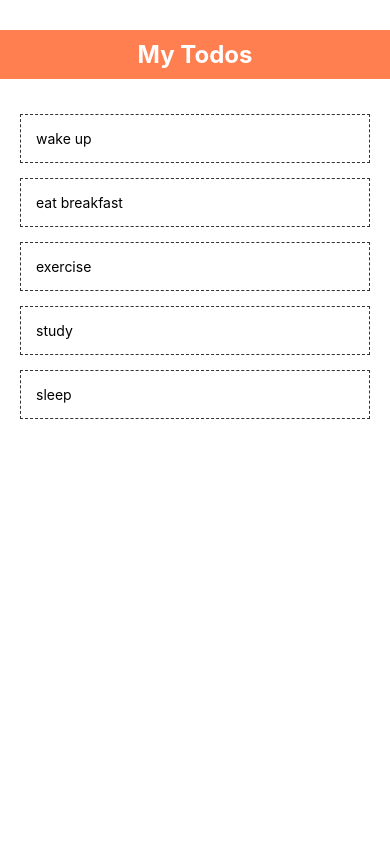
Repository: shiv0403/React-native-tutorial
Screen: /
An editor plug-in stored every save of this project. The screen is shown before and after the next save, followed by the edit.
The app was drawn by React Native's web renderer in a window 390 px wide. The project was rebuilt for these pictures with package versions that can differ from the ones it lists, and the page was loaded fresh each time.

Above is the screen before, as saved 2021-02-11 09:31:28.

### App.js
import React, { useState } from "react";
import {
  FlatList,
  StyleSheet,
  Text,
  TouchableOpacity,
  View,
} from "react-native";
import Header from "./components/Header";
import TodoItem from "./components/TodoItem";

export default function App() {
  const [todo, setTodo] = useState([
    { text: "wake up", key: "1" },
    { text: "eat breakfast", key: "2" },
    { text: "exercise", key: "3" },
    { text: "study", key: "4" },
    { text: "sleep", key: "5" },
  ]);

  return (
    <View style={styles.container}>
      <Header />
      <View style={styles.content}>
        {/* to form */}
        <View style={styles.list}>
          <FlatList
            data={todo}
            keyExtractor={(item) => item.key}
            renderItem={({ item }) => {
              return <TodoItem item={item} />;
            }}
          />
        </View>
      </View>
    </View>
  );
}

const styles = StyleSheet.create({
  container: {
    flex: 1,
    backgroundColor: "#fff",
    marginTop: 30,
  },
  list: {
    margin: 20,
  },
});

### components/Header.js
import React, { useState } from "react";
import { StyleSheet, Text, View } from "react-native";

export default function Header() {
  return (
    <View style={styles.header}>
      <Text style={styles.title}>My Todos</Text>
    </View>
  );
}

const styles = StyleSheet.create({
  header: {
    padding: 10,
    backgroundColor: "coral",
  },
  title: {
    textAlign: "center",
    fontSize: 24,
    fontWeight: "bold",
    color: "#fff",
  },
});

### components/TodoItem.js
import React, { useState } from "react";
import { StyleSheet, Text, TouchableOpacity, View } from "react-native";

export default function TodoItem({ item }) {
  return (
    <TouchableOpacity>
      <Text style={styles.item}>{item.text}</Text>
    </TouchableOpacity>
  );
}

const styles = StyleSheet.create({
  item: {
    padding: 15,
    marginTop: 15,
    borderWidth: 1,
    borderColor: "#333",
    borderStyle: "dashed",
  },
});

After the next save:
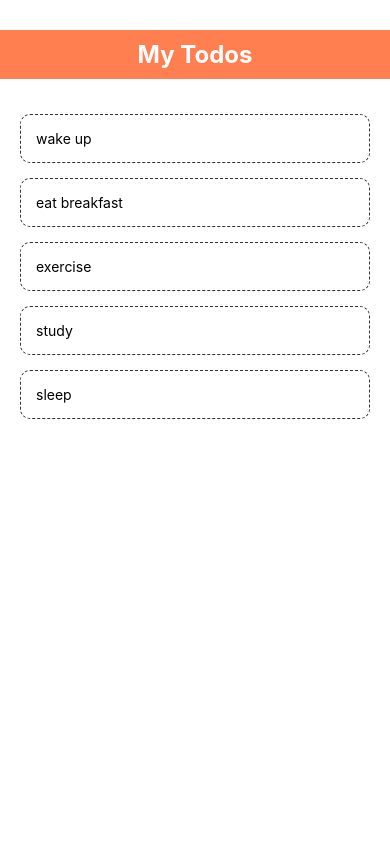
Saved 16 s later.
--- a/components/TodoItem.js
+++ b/components/TodoItem.js
@@ -16,5 +16,6 @@ const styles = StyleSheet.create({
     borderWidth: 1,
     borderColor: "#333",
     borderStyle: "dashed",
+    borderRadius: 10,
   },
 });
